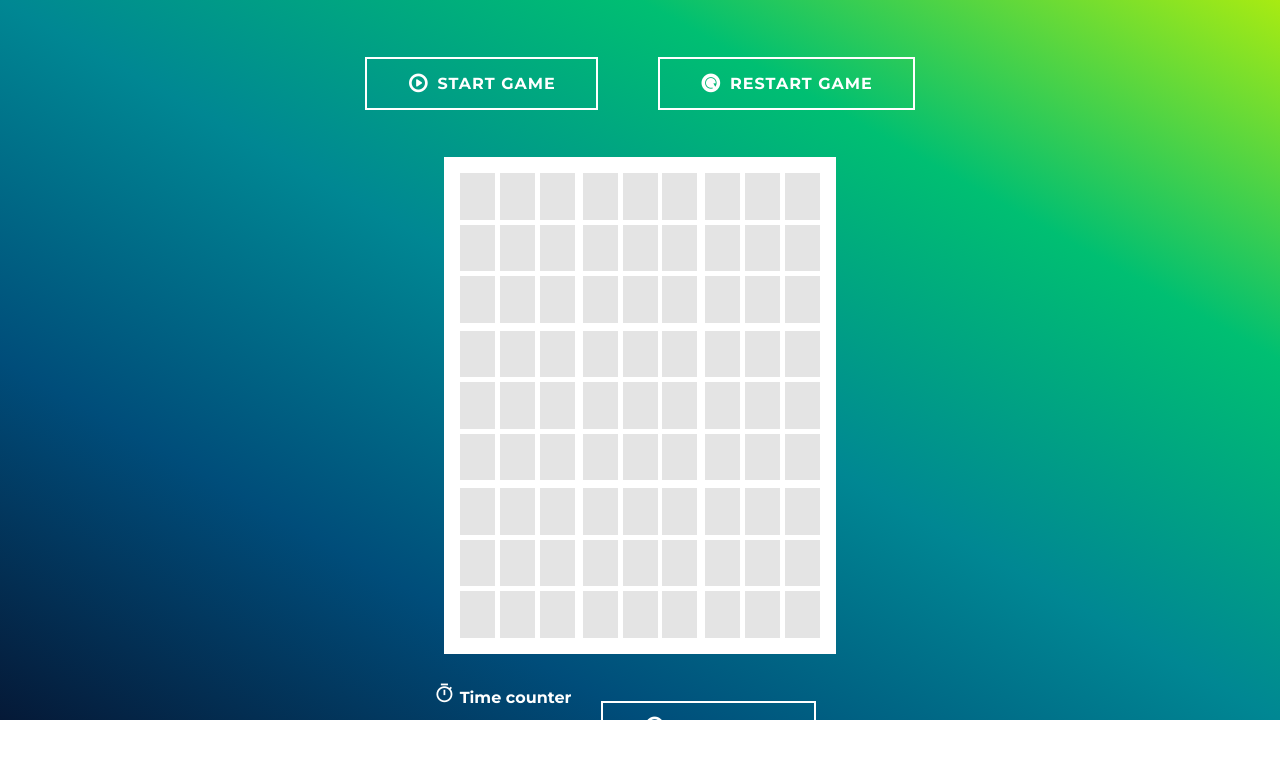
Repository: pattypetrikova/sudoku
Page: index.html
These files come from the project's save history. The page is drawn as it stood at one moment and after the next save; the edit follows.
The browser window is 1280 px wide. The pictures show the whole page.
Some web fonts or font styles are not loaded; a fallback is used.

Above is the page before, as saved 2022-12-30 12:32:25.

### index.html
<!DOCTYPE html>
<html lang="en">
<head>
    <meta charset="UTF-8">
    <meta http-equiv="X-UA-Compatible" content="IE=edge">
    <meta name="viewport" content="width=device-width, initial-scale=1.0">
    <link rel="stylesheet" href="./assets/style.css">
    <link rel="preconnect" href="https://fonts.googleapis.com">
    <link rel="preconnect" href="https://fonts.gstatic.com" crossorigin>
    <link href="https://fonts.googleapis.com/css2?family=Erica+One&family=Montserrat:ital,wght@0,700;1,400&display=swap" rel="stylesheet">
    <link href="https://cdn.jsdelivr.net/npm/remixicon@2.5.0/fonts/remixicon.css" rel="stylesheet">
    <title>Sudoku</title>
</head>
<body>
    <main class="background">
        <h1 class="title">Sudoku</h1>
        <div class="head">
            <div class="buttons">
                <button class="button button-1 start"><i class="ri-play-circle-line ri-lg"></i>
                    Start game</button>
                    <button class="button button-1 start"><i class="ri-restart-fill ri-lg"></i>Restart game</button>
            </div>
        </div>
        <div class="game">
            <div class="gameboard">
                <form class="board-section" action="">
                    <input class="number" type="text">
                    <input class="number" type="text">
                    <input class="number" type="text">
                    <input class="number" type="text">
                    <input class="number" type="text">
                    <input class="number" type="text">
                    <input class="number" type="text">
                    <input class="number" type="text">
                    <input class="number" type="text">
                </form>
                <form class="board-section" action="">
                    <input class="number" type="text">
                    <input class="number" type="text">
                    <input class="number" type="text">
                    <input class="number" type="text">
                    <input class="number" type="text">
                    <input class="number" type="text">
                    <input class="number" type="text">
                    <input class="number" type="text">
                    <input class="number" type="text">
                </form>
                <form class="board-section" action="">
                    <input class="number" type="text">
                    <input class="number" type="text">
                    <input class="number" type="text">
                    <input class="number" type="text">
                    <input class="number" type="text">
                    <input class="number" type="text">
                    <input class="number" type="text">
                    <input class="number" type="text">
                    <input class="number" type="text">
                </form>
                <form class="board-section" action="">
                    <input class="number" type="text">
                    <input class="number" type="text">
                    <input class="number" type="text">
                    <input class="number" type="text">
                    <input class="number" type="text">
                    <input class="number" type="text">
                    <input class="number" type="text">
                    <input class="number" type="text">
                    <input class="number" type="text">
                </form>
                <form class="board-section" action="">
                    <input class="number" type="text">
                    <input class="number" type="text">
                    <input class="number" type="text">
                    <input class="number" type="text">
                    <input class="number" type="text">
                    <input class="number" type="text">
                    <input class="number" type="text">
                    <input class="number" type="text">
                    <input class="number" type="text">
                </form>
                <form class="board-section" action="">
                    <input class="number" type="text">
                    <input class="number" type="text">
                    <input class="number" type="text">
                    <input class="number" type="text">
                    <input class="number" type="text">
                    <input class="number" type="text">
                    <input class="number" type="text">
                    <input class="number" type="text">
                    <input class="number" type="text">
                </form>
                <form class="board-section" action="">
                    <input class="number" type="text">
                    <input class="number" type="text">
                    <input class="number" type="text">
                    <input class="number" type="text">
                    <input class="number" type="text">
                    <input class="number" type="text">
                    <input class="number" type="text">
                    <input class="number" type="text">
                    <input class="number" type="text">
                </form>
                <form class="board-section" action="">
                    <input class="number" type="text">
                    <input class="number" type="text">
                    <input class="number" type="text">
                    <input class="number" type="text">
                    <input class="number" type="text">
                    <input class="number" type="text">
                    <input class="number" type="text">
                    <input class="number" type="text">
                    <input class="number" type="text">
                </form>
                <form class="board-section" action="">
                    <input class="number" type="text">
                    <input class="number" type="text">
                    <input class="number" type="text">
                    <input class="number" type="text">
                    <input class="number" type="text">
                    <input class="number" type="text">
                    <input class="number" type="text">
                    <input class="number" type="text">
                    <input class="number" type="text">
                </form>
            </div>
        </div>
        <div class="footer">
            <div class="footer-buttons">
                <div class="time-couner"><i class="ri-timer-line ri-lg"></i>
                    Time counter</div>
                <button class="button button-1 finish"><i class="ri-checkbox-circle-line ri-lg"></i>
                    Complete</button>
            </div>
        </div>
    </main>
</body>
</html>

### assets/style.css
/* simple reset */
* {
    margin: 0;
    padding: 0;
    box-sizing: border-box;
}

/* general styles */
.background {
    font-family: 'Montserrat', sans-serif;
    color: white;
}

/* project styles */

.background {
    background-image: linear-gradient(to right top, #051937, #004d7a, #008793, #00bf72, #a8eb12);
    height: 100vh;
    display: flex;
    align-items: center;
    justify-content: center;
    flex-direction: column;
}


.game {
    background-color: white;
    display: flex;
    justify-content: center;
    flex-direction: column;
    margin: 2em;
}

.title {
    font-size: 50px;
    color: white;
    text-transform: uppercase;
    padding-bottom: 30px;
}

.gameboard {
    display: grid;
    padding: 1em;
    grid-template-columns: 1fr 1fr 1fr;
    gap: 0.5em;
}

.board-section {
    display: inline-grid;
    grid-template-columns: 1fr 1fr 1fr;
    justify-items: center;
    gap: .3em;
    max-width: 120px;
}

.number {
    width: 35px;
    height: 3.5em;
    background-color: lightgray;
    outline: none;
    border: none;
    /* border-radius: 8px; */
    opacity: 0.6;
}

.buttons {
    display: flex;
}

.footer-buttons {
    display: flex;
}

.button {
    border: none;
    font-family: inherit;
    font-size: inherit;
    color: black;
    background: none;
    cursor: pointer;
    padding: 15px 40px;
    display: inline-block;
    margin: 15px 30px;
    text-transform: uppercase;
    letter-spacing: 1px;
    font-weight: 700;
    outline: none;
    position: relative;
    -webkit-transition: all 0.3s;
    -moz-transition: all 0.3s;
    transition: all 0.3s;
    display: flex;
    column-gap: 0.5em;
    align-items: center;
  }

  .button:after {
    content: '';
    position: absolute;
    z-index: -1;
    -webkit-transition: all 0.3s;
    -moz-transition: all 0.3s;
    transition: all 0.3s;
  }

  /* Button 1 */
  .button-1 {
    border: 2px solid #fff;
    color: #fff;
  }

  /* Button 1a */
  .button-1:hover,
  .button-1:active {
    color: #0e83cd;
    background: #fff;
  }

After the next save:
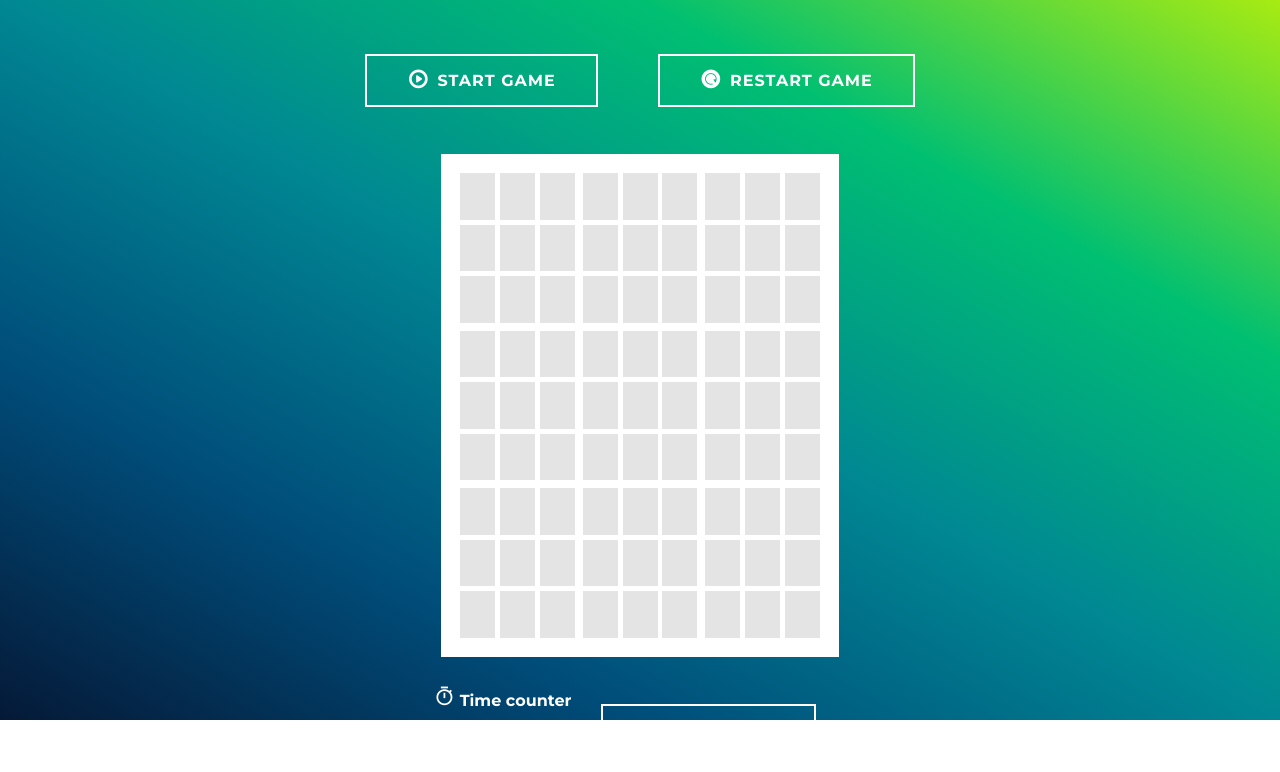
Saved 5 s later.
--- a/assets/style.css
+++ b/assets/style.css
@@ -40,7 +40,7 @@
 
 .gameboard {
     display: grid;
-    padding: 1em;
+    padding: 1.2em;
     grid-template-columns: 1fr 1fr 1fr;
     gap: 0.5em;
 }
